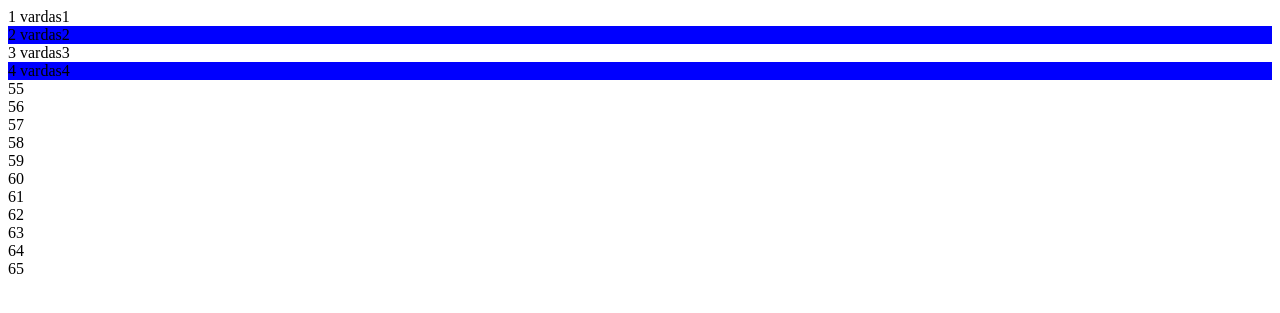
Repository: motiejus1/27-paskaita-05.31
Page: index.html
An editor plug-in stored every save of this project. The page is shown before and after the next save, followed by the edit.
The browser window is 1280 px wide. The pictures show the whole page.

Above is the page before, as saved 2021-07-15 19:27:43.

### index.html
<!DOCTYPE html>
<html lang="en">
<head>
    <meta charset="UTF-8">
    <meta http-equiv="X-UA-Compatible" content="IE=edge">
    <meta name="viewport" content="width=device-width, initial-scale=1.0">
    <title>27 paskaita</title>
    <style>
        .melynas {
            background-color: blue;
        }
    </style>
</head>
<body>
    <div class="container">
        <div>1 vardas1 </div>
        <div class="melynas">2 vardas2 </div>
        <div>3 vardas3 </div>
        <div class="melynas">4 vardas4 </div>
    </div>
    <script>
        "use strict";
        // Susikurti objektų masyvą:
        // * Masyve 100 objekto elementų.
        // * Objekto vidiniai kintamieji: id, vardas.
        // * Vardas reikšmė = vardas1,vardas2 ir t.t.
        // * Id reikšmė = 1, 2 ir t.t.

        //Pagal sukurtą objektų masyvą, sukurti tiek pat div elementų,
        // kuriuose išvedamas id ir vardas.
        //Kas antras div - mėlynas.



        //kaip tiek objektu sukurti? +
        //kaip juos patalpinti i masyva?


        //Ciklas
        // javascript for loop


        var testObjektas = {
            id: 58,
            vardas: "vardas58"
        }

        // testObjektas.id;
        // testObjektas.vardas;

        var container = document.querySelector(".container");
        var masyvas = []; //sukuriamas tuscias masyvas viena karta


        //Objektu masyvo kurimas
        for (var i=0; i < 100; i++) {
            // Vardas reikšmė = vardas1,vardas2 ir t.t.
            // var masyvas = [];
            var masyvoObjektas = {
                id: i+1,
                vardas: "vardas" + (i+1)
            }; //Sukuria objekta
            masyvas.push(masyvoObjektas); // patalpina objekta i masyva
            // console.log(masyvoObjektas);
        }

        //Elementu isvedimui/atvaizdavimui
        // 55 iki 65 elementu
        // Atvaizduos tik lyginius elementus pagal id reiksme
        for(var i=54; i<65; i++) {
            // masyvas[i] - vienas objektas
            //masyvoObjektas.id
            var div = document.createElement("div"); // void
            //div kintamajame butu id ir vardas
            //kas antras elementas butu melynas

            // var isvedimoElementas = document.querySelector(".kazkas");
            // kintamasis = "<p>Tekstas</p>"
            //isvedimoElementas.innerHTML = kintamasis; - isvedamas rezultatas interpretuojamas kaip HTML.
            // Tekstas
            //isvedimoElementas.innerText = kintamasis;- isvedamas rezultatas interpretuojamas kaip tekstas
            //<p>Tekstas</p>

            div.innerHTML = masyvas[i].id;
            container.append(div);

            if(masyvas[i].id % 2 == 0) {
                console.log(masyvas[i]);
            }
        }


        // console.log(masyvas);

        // console.log(masyvas[54]);
        // console.log(masyvas[0]);
        // console.log(masyvas[99]);

    </script>
</body>
</html>

After the next save:
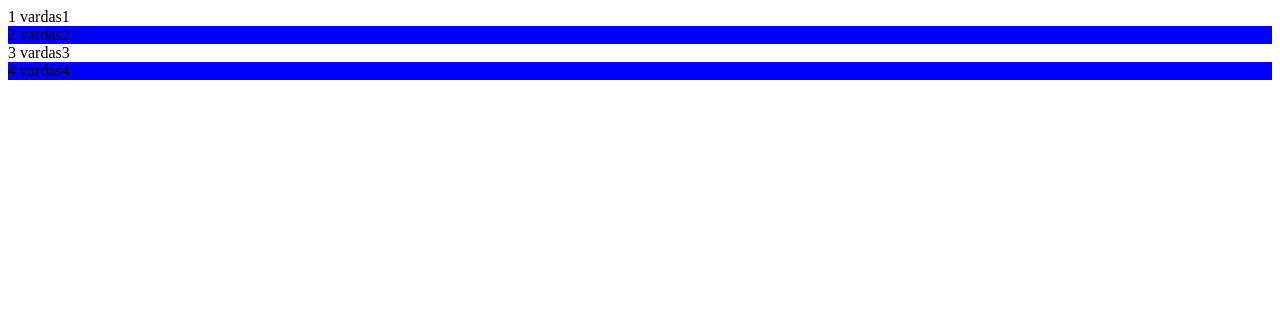
Console error: SyntaxError: Unexpected token ';'
Saved 24 s later.
--- a/index.html
+++ b/index.html
@@ -81,7 +81,7 @@
             //isvedimoElementas.innerText = kintamasis;- isvedamas rezultatas interpretuojamas kaip tekstas
             //<p>Tekstas</p>
 
-            div.innerHTML = masyvas[i].id;
+            div.innerHTML = masyvas[i].id + " " + ;
             container.append(div);
 
             if(masyvas[i].id % 2 == 0) {

After the 2 saves that followed:
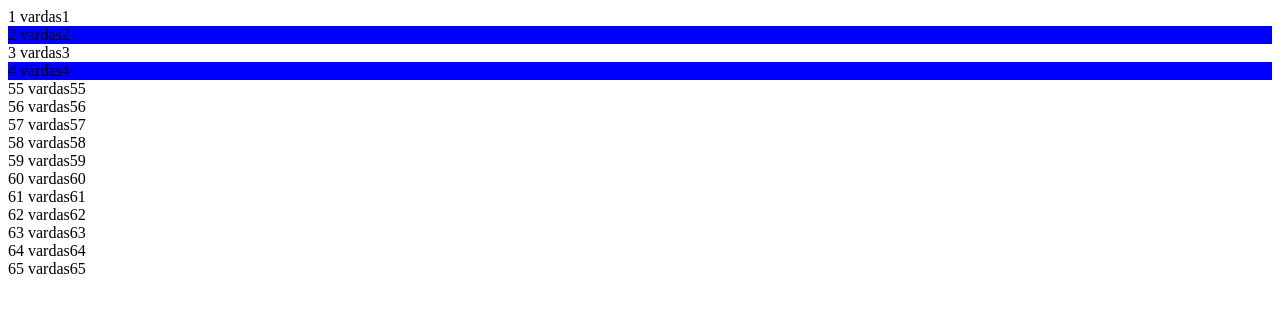
The error is gone.
The 2 saves are shown as one change because they came seconds apart.
The last was saved 6 s later.
--- a/index.html
+++ b/index.html
@@ -81,7 +81,7 @@
             //isvedimoElementas.innerText = kintamasis;- isvedamas rezultatas interpretuojamas kaip tekstas
             //<p>Tekstas</p>
 
-            div.innerHTML = masyvas[i].id + " " + ;
+            div.innerHTML = masyvas[i].id + " " + masyvas[i].vardas;
             container.append(div);
 
             if(masyvas[i].id % 2 == 0) {
